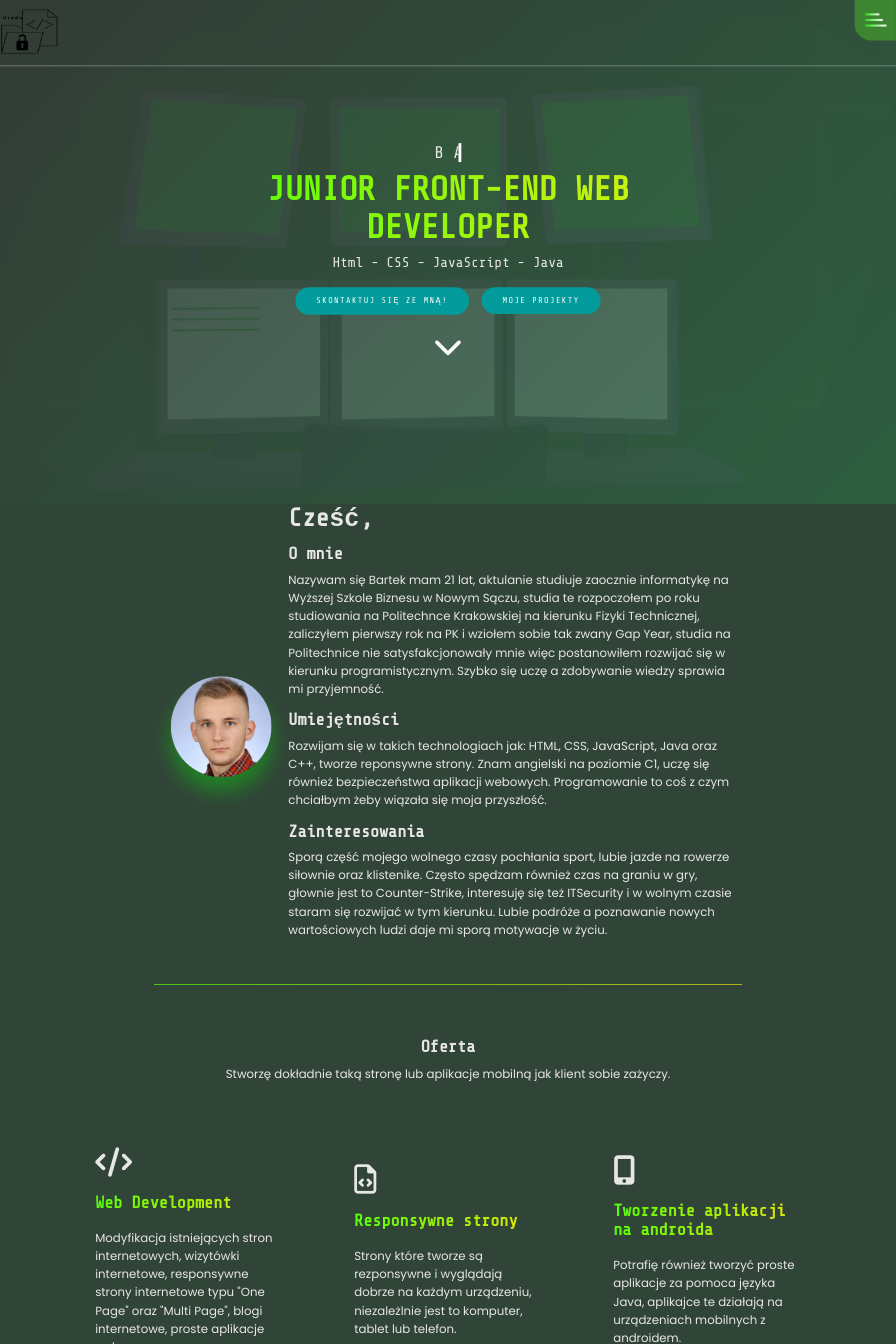
Repository: BartekUroda/portfolio
Page: index.html
The author's editor kept a copy of each file at every save. The page is drawn from the files as they stood at one save, then again after the next save.
The browser window is 1280 px wide. The pictures show the part of the page from y = 0 to 1920 px (the page is 3950 px tall), at 70% of full size.
Some web libraries are served in a nearby version.

Above is the page before, as saved 2020-10-27 23:39:59.

After the next save:
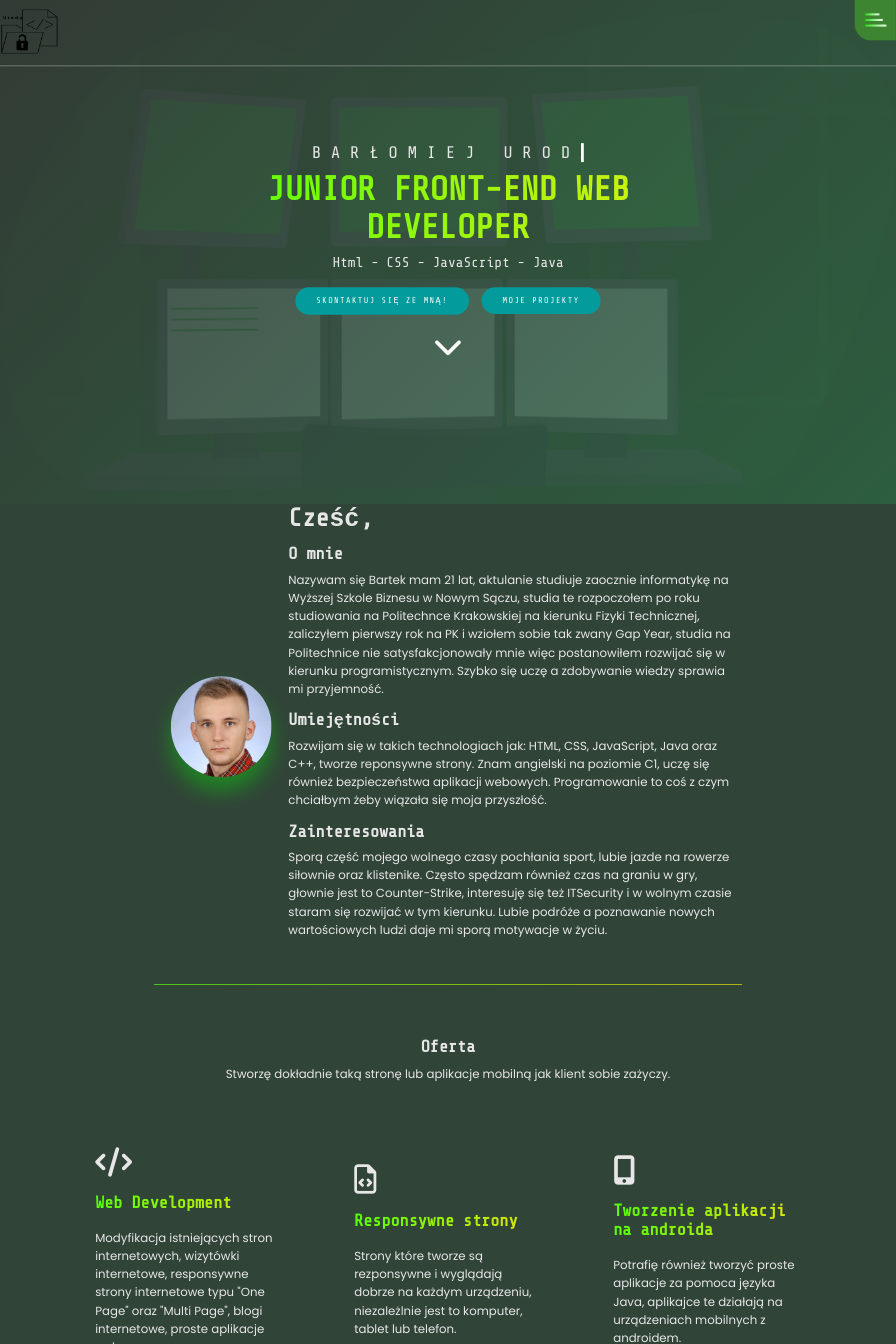
Saved 13 s later.
--- a/css/style.css
+++ b/css/style.css
@@ -196,7 +196,7 @@ nav {
     overflow: hidden;
     white-space: nowrap;
     animation: typing 5s steps(33), blink 1s ease-in-out 7s infinite;
-    width: 3ch;
+    width: 30ch;
     margin: auto;
     border-right: 4px solid rgba(255, 255, 255, 1);
 }
